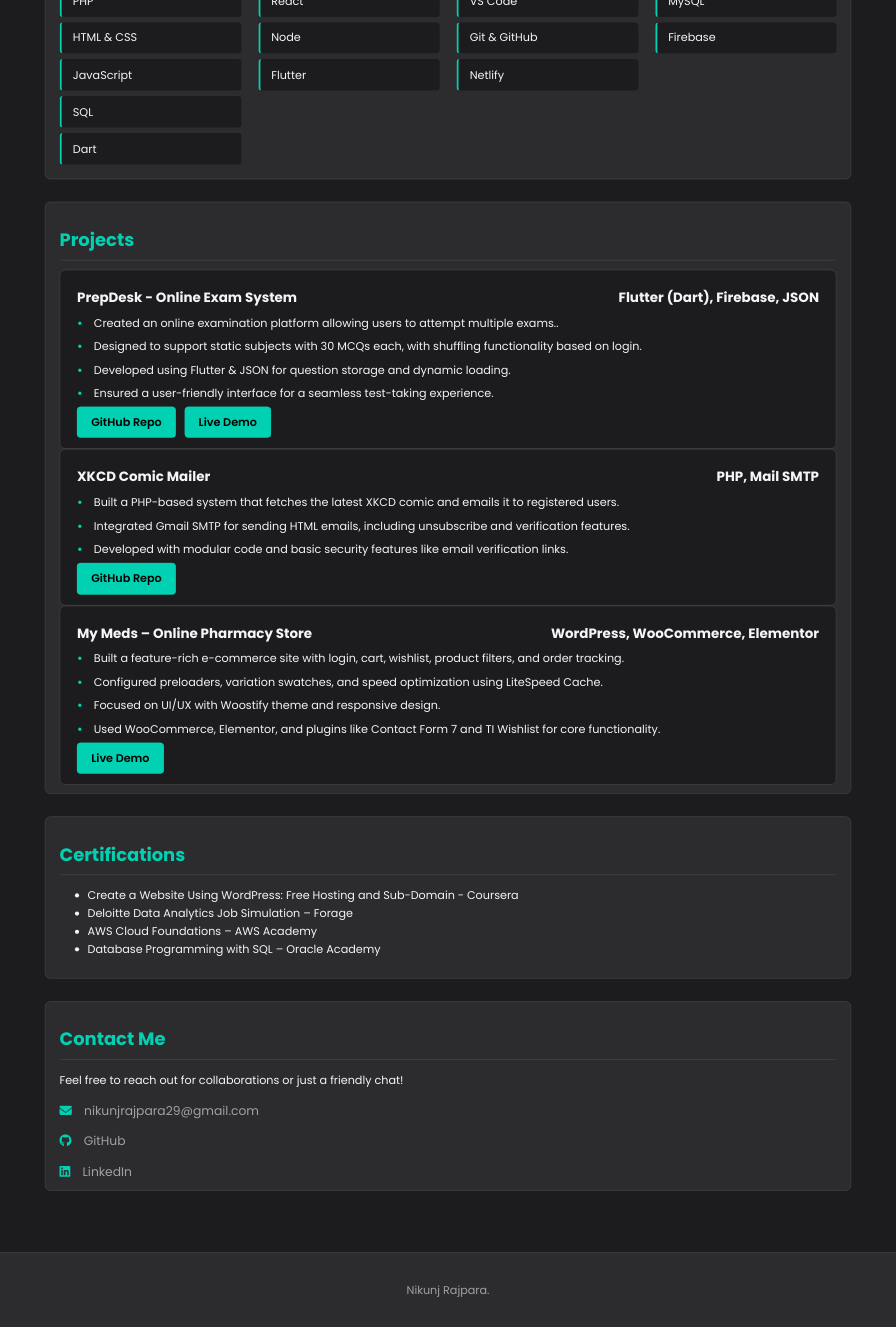
Repository: NikunjRajpara/portfolio
Page: index.html
An editor plug-in stored every save of this project. The page is shown before and after the next save, followed by the edit.
The browser window is 1280 px wide. The pictures show the part of the page from y = 1713 to 3633 px (the page is 3609 px tall before and 3633 px after), at 70% of full size.

Above is the page before, as saved 2025-07-23 11:09:39.

After the next save:
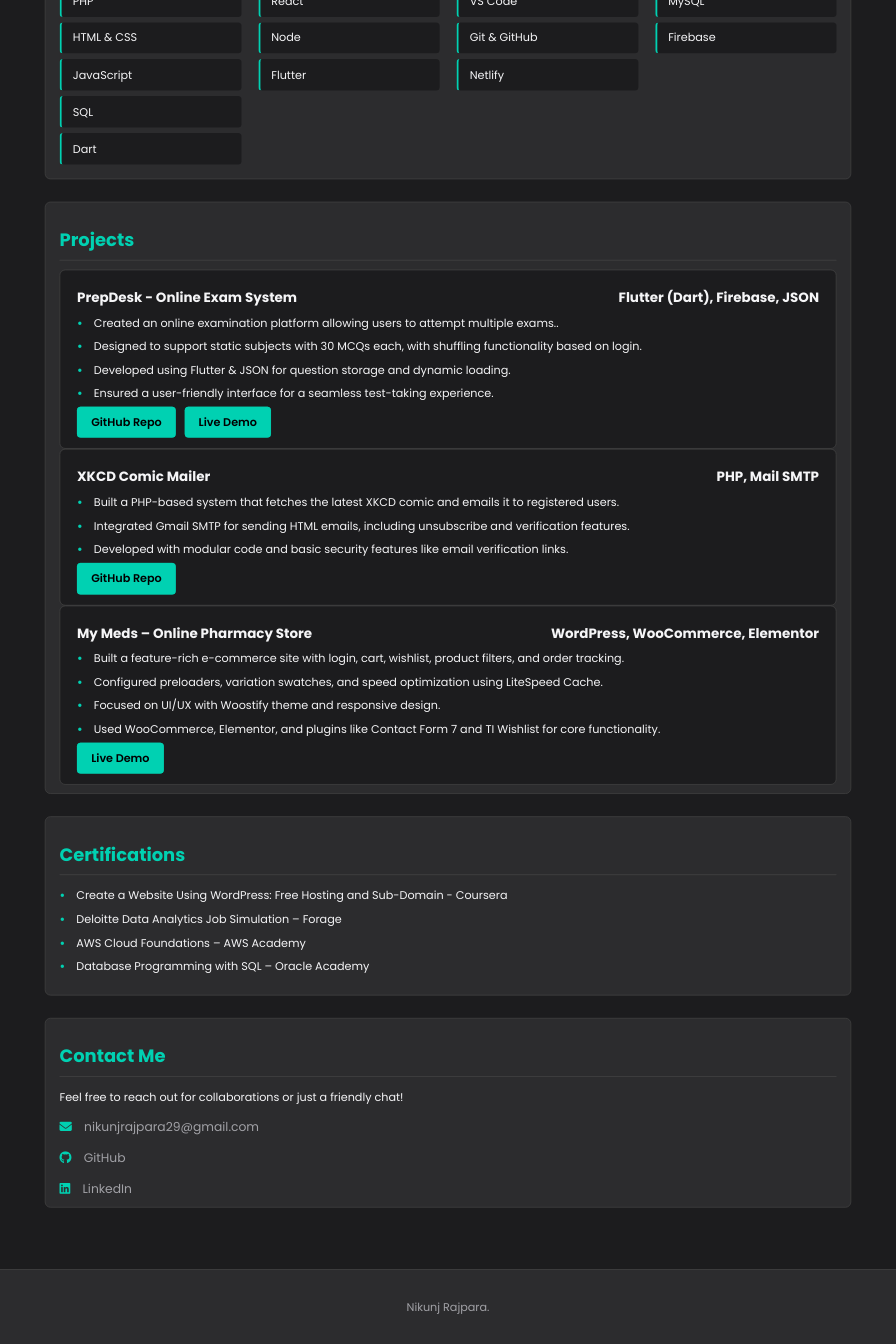
Saved 95 s later.
--- a/style.css
+++ b/style.css
@@ -388,3 +388,23 @@ footer {
        gap: 0.25rem;
     }
 }
+
+.certifications-list {
+    list-style: none;
+    padding-left: 0;
+}
+
+.certifications-list li {
+    padding-left: 1.5rem;
+    position: relative;
+    margin-bottom: 0.5rem;
+}
+
+.certifications-list li::before {
+    content: '•';
+    color: var(--primary-neon);
+    font-weight: bold;
+    display: inline-block;
+    position: absolute;
+    left: 0;
+}
